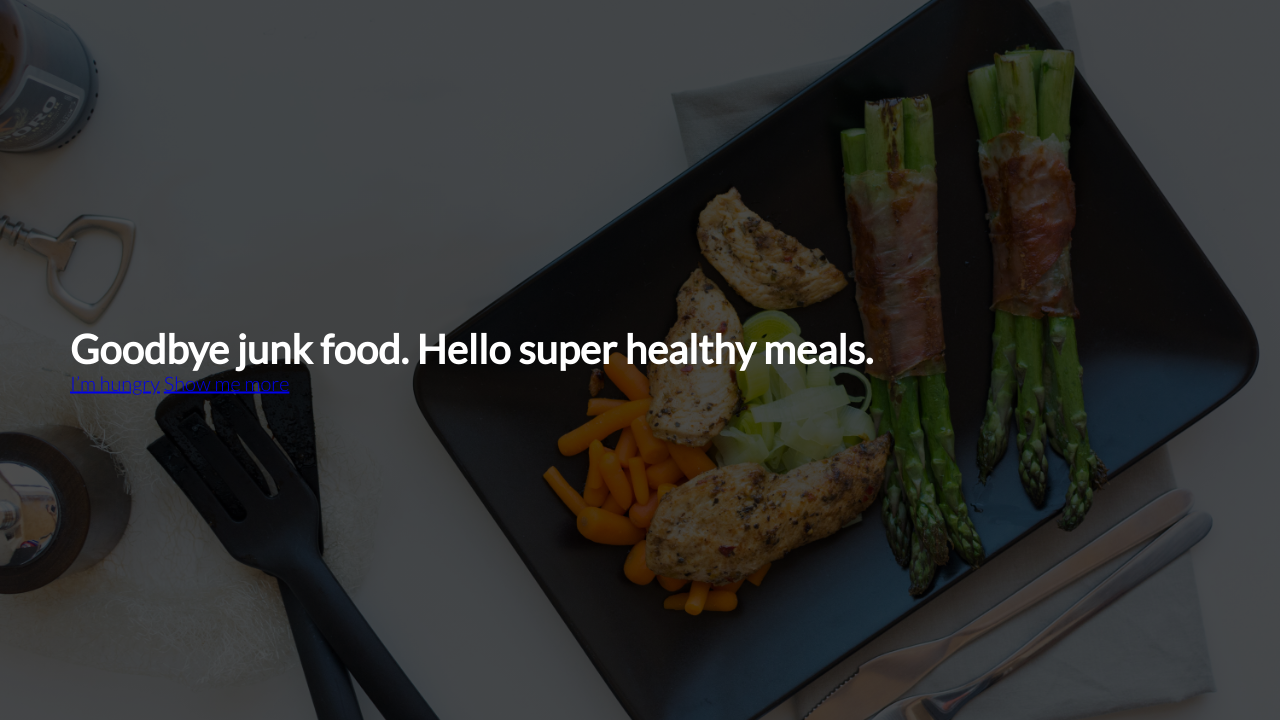
Repository: MalgorzataMazur/Omnifood
Page: index.html
These files come from the project's save history. The page is drawn as it stood at one moment and after the next save; the edit follows.
The browser window is 1280 px wide. The pictures show the whole page.

Above is the page before, as saved 2019-10-23 20:36:26.

### index.html
<!DOCTYPE html>
<html lang="en">
    <head>
        <link rel="stylesheet" href="vendors/css/normalize.css">
        <link rel="stylesheet" href="vendors/css/grid.css">
        <link rel="stylesheet" href="resources/css/style.css">
        <link href="https://fonts.googleapis.com/css?family=Lato:100,300,300i,400&display=swap" rel="stylesheet">
        <meta charset="UTF-8">
        <meta name="viewport" content="width=device-width, initial-scale=1.0">
        <meta http-equiv="X-UA-Compatible" content="ie=edge">
        <title>Omnifood</title>
    </head>
    <body>
        <header> <!-- like container to put some conetent nav, footer, main element for the main cinetent etc-->
            <div class="hero-text-box">
                <h1>Goodbye junk food. Hello super healthy meals.</h1>
                <a href="#">I’m hungry</a>
                <a href="#">Show me more</a>



            </div>
        </header>


    </body>
</html>

### resources/css/style.css
* {
    margin: 0%;
    padding: 0%;
    box-sizing: border-box;
}

html {
    background-color: #fff;
    color: #555;
    font-family: 'Lato';'Arial', sans-serif;
    font-weight: 300;
    font-size: 20px;
    text-rendering: optimizeLegibility;
}

.row {
    max-width: 1140px;
    margin: 0 auto;
}

header {
    background-image: linear-gradient(rgba(0, 0, 0, 0.705), rgba(0, 0, 0, 0.705)), url(img/hero.jpg);
    background-size: cover;
    background-position: center;
    height: 100vh;
}

.hero-text-box {
    position: absolute;
    width: 1140px;
    top: 50%;
    left: 50%;
    transform: translate(-50%,-50%);
}

h1 {
    margin: 0;
    color: #fff;
    font-size: 200%;
}

Loaded but not shown: vendors/css/normalize.css (library); vendors/css/grid.css (library)

After the next save:
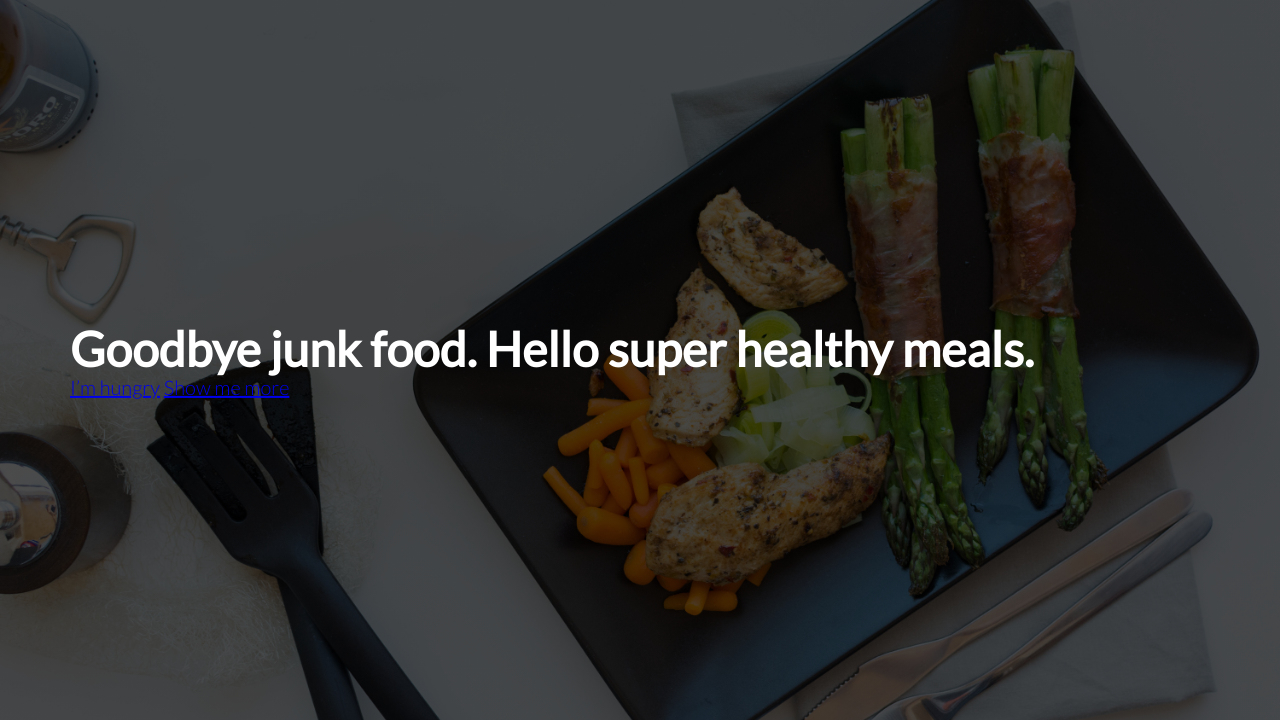
Saved 3 min 45 s later.
--- a/resources/css/style.css
+++ b/resources/css/style.css
@@ -36,5 +36,5 @@ header {
 h1 {
     margin: 0;
     color: #fff;
-    font-size: 200%;
+    font-size: 240%;
 }
